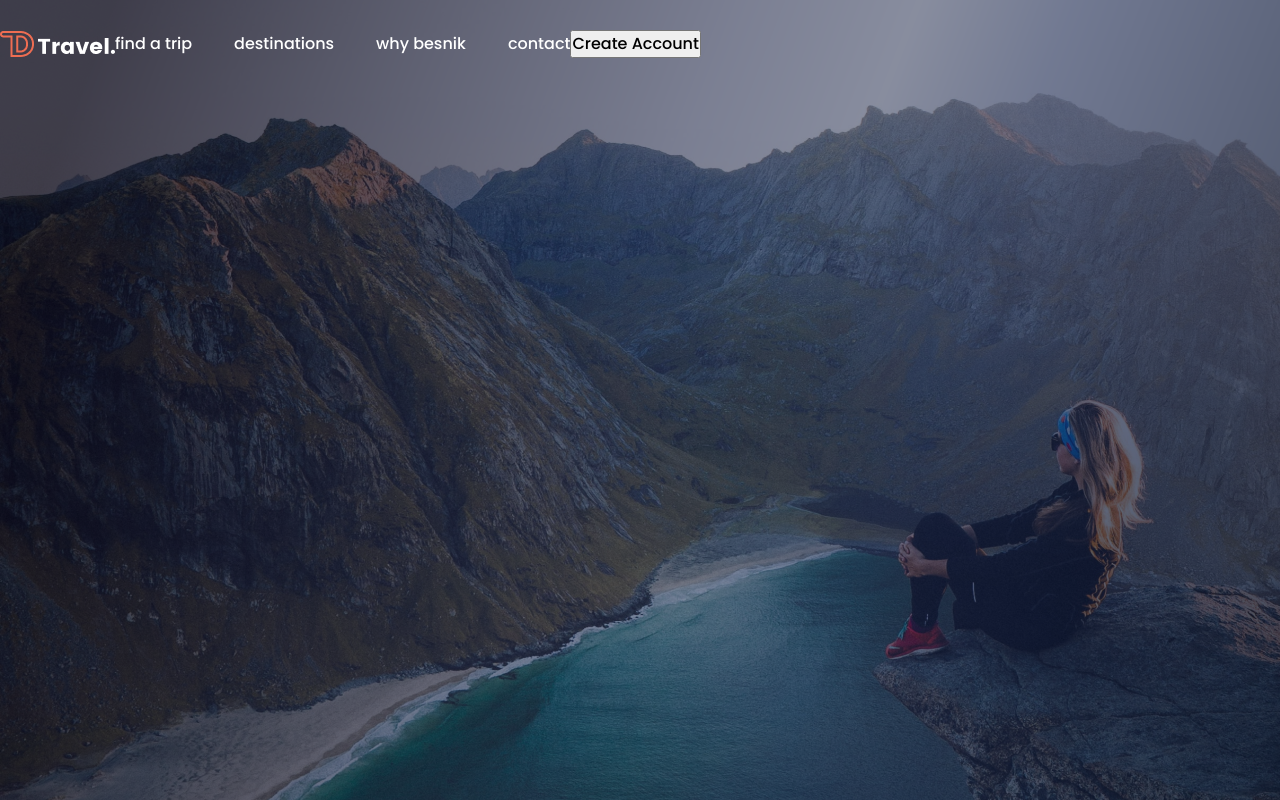
Repository: hoang0508/LandingPage-CodeTravel2
Page: index.html
An editor plug-in stored every save of this project. The page is shown before and after the next save, followed by the edit.
The browser window is 1280 px wide. The pictures show the whole page.
The style sheet was rebuilt from its Sass, Less or Tailwind sources for each picture, by a compiler version that may differ from the author's.

Above is the page before, as saved 2022-09-15 15:30:07.

### index.html
<!DOCTYPE html>
<html lang="en">
  <head>
    <meta charset="UTF-8" />
    <meta http-equiv="X-UA-Compatible" content="IE=edge" />
    <meta name="viewport" content="width=device-width, initial-scale=1.0" />
    <title>Travale LandingPage</title>
    <link rel="stylesheet" href="./css/style.css" />
  </head>
  <body>
    <div class="wrapper">
      <!-- HEADER -->
      <header class="header">
        <div class="container">
          <div class="header-main">
            <div class="header-logo">
              <img src="./images/Logo.png" alt="Logo" />
            </div>
            <nav class="header-menu">
              <ul class="header-menu--list">
                <li class="header-menu--item">
                  <a href="#" class="header-menu--link">FIND A TRIP</a>
                </li>
                <li class="header-menu--item">
                  <a href="#" class="header-menu--link">DESTINATIONS</a>
                </li>
                <li class="header-menu--item">
                  <a href="#" class="header-menu--link">WHY BESNIK</a>
                </li>
                <li class="header-menu--item">
                  <a href="#" class="header-menu--link">CONTACT</a>
                </li>
              </ul>
            </nav>
            <button class="button button-acount">Create Account</button>
          </div>
        </div>
      </header>
    </div>
  </body>
</html>

### sass/main.scss
@import "reset";
@import "variable";
@import "typography";
@import "base";
@import "header";

### sass/_reset.scss
*,
*::before,
*::after {
  box-sizing: border-box;
}
* {
  margin: 0;
  padding: 0;
  font: inherit;
}
body {
  line-height: 1.5;
}
img,
picture,
video,
canvas,
svg {
  display: block;
  max-width: 100%;
}
input,
button,
textarea,
select {
  outline: none;
}
p,
h1,
h2,
h3,
h4,
h5,
h6 {
  overflow-wrap: break-word;
}

a {
  text-decoration: none;
}

ul,
li {
  list-style: none;
}

### sass/_variable.scss
$text-white: #fff;
$primary-color: #34a5e4;

### sass/_typography.scss
@font-face {
  font-family: "Poppins";
  src: url("../fonts/Poppins-Regular.ttf") format("opentype");
  font-style: normal;
  font-display: auto;
  font-weight: 400;
}

@font-face {
  font-family: "Poppins";
  src: url("../fonts/Poppins-Light.ttf") format("opentype");
  font-style: normal;
  font-display: auto;
  font-weight: 300;
}

@font-face {
  font-family: "Poppins";
  src: url("../fonts/Poppins-Medium.ttf") format("opentype");
  font-style: normal;
  font-display: auto;
  font-weight: 500;
}

@font-face {
  font-family: "Poppins";
  src: url("../fonts/Poppins-SemiBold.ttf") format("opentype");
  font-style: normal;
  font-display: auto;
  font-weight: 600;
}

@font-face {
  font-family: "Poppins";
  src: url("../fonts/Poppins-Thin.ttf") format("opentype");
  font-style: normal;
  font-display: auto;
  font-weight: 100;
}

@font-face {
  font-family: "Poppins";
  src: url("../fonts/Poppins-Bold.ttf") format("opentype");
  font-style: normal;
  font-display: auto;
  font-weight: 700;
}

### sass/_base.scss
body {
  font-family: "Poppins", sans-serif;
  font-weight: 500;
}

.wrapper {
  max-width: 1600px;
  margin: 0 auto;
}

.container {
  max-width: 1280px;
  margin: 0 auto;
}

### sass/_header.scss
.header {
  background-image: url("../images/header-img.png");
  min-height: 800px;
  background-size: cover;
  background-repeat: repeat;
  padding-top: 30px;
  &-main {
    display: flex;
    align-items: center;
  }
  &-menu {
    &--list {
      display: flex;
      align-items: center;
      gap: 0 42px;
    }
    &--link {
      color: $text-white;
      text-transform: lowercase;
    }
  }
}

After the next save:
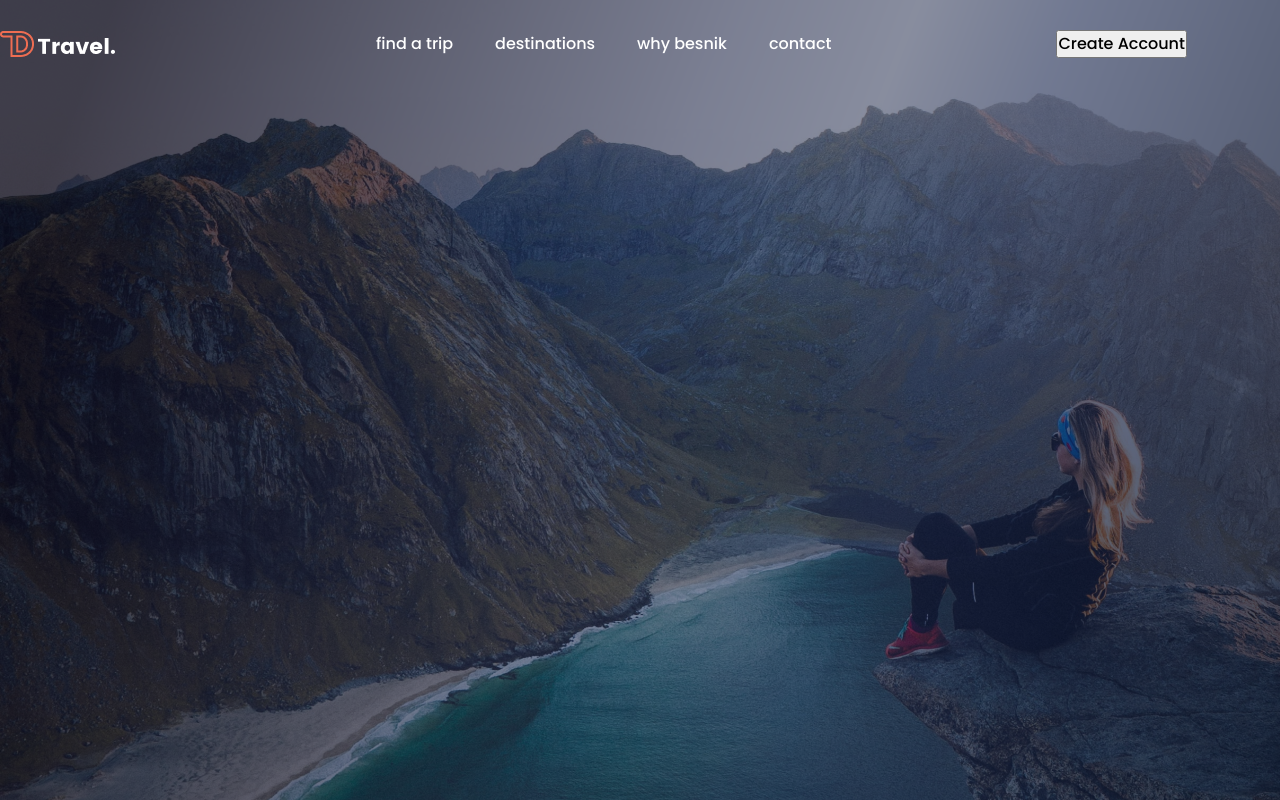
Saved 40 s later.
--- a/sass/_header.scss
+++ b/sass/_header.scss
@@ -8,11 +8,15 @@
     display: flex;
     align-items: center;
   }
+  &-logo {
+    margin-right: 261px;
+  }
   &-menu {
     &--list {
       display: flex;
       align-items: center;
       gap: 0 42px;
+      margin-right: 225px;
     }
     &--link {
       color: $text-white;
